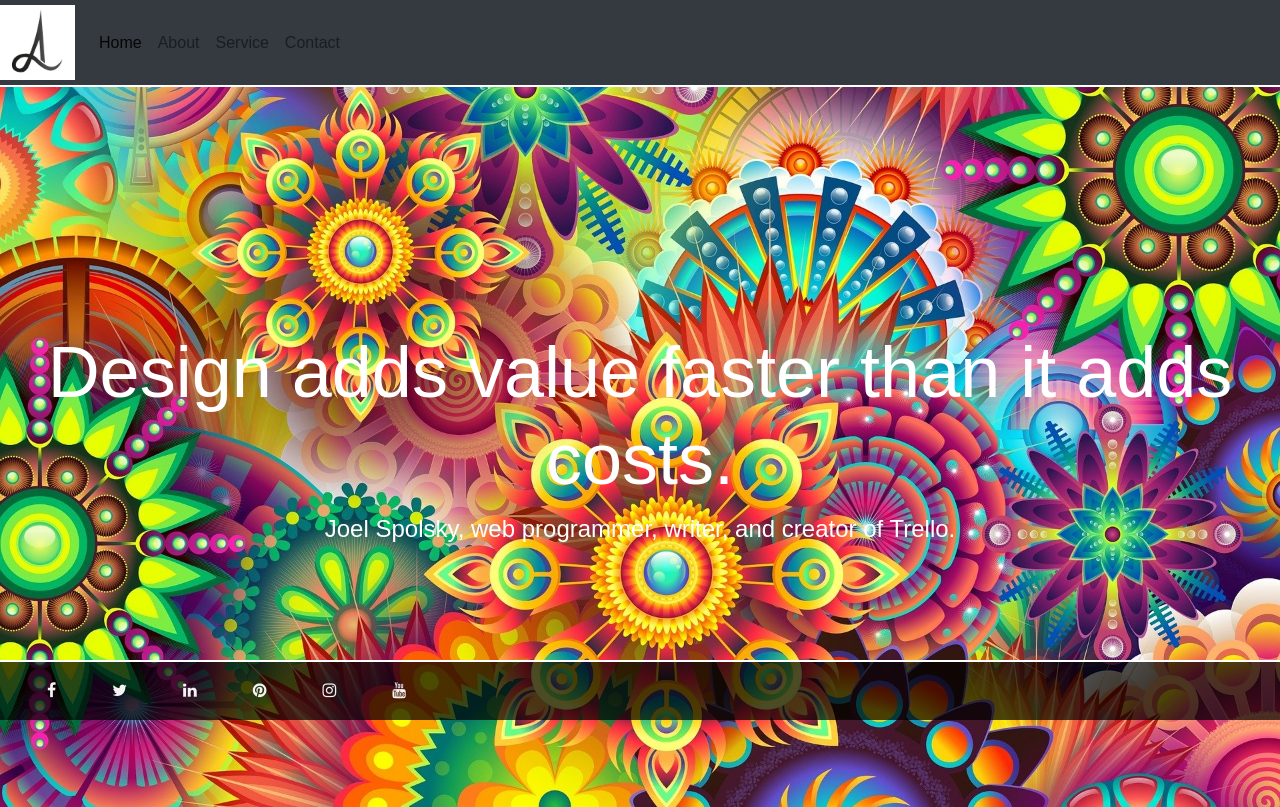
Repository: lemon-squeezy/milestone-project-1
Page: index.html
The author's editor kept a record of every edit. The page is drawn from the files as they stood at one moment, then again after the next edit.
The browser window is 1280 px wide. The pictures show the whole page.
An inner scrolling area shows only its first screen. Some web libraries are served in a nearby version.

Above is the page before.

After the next edit:
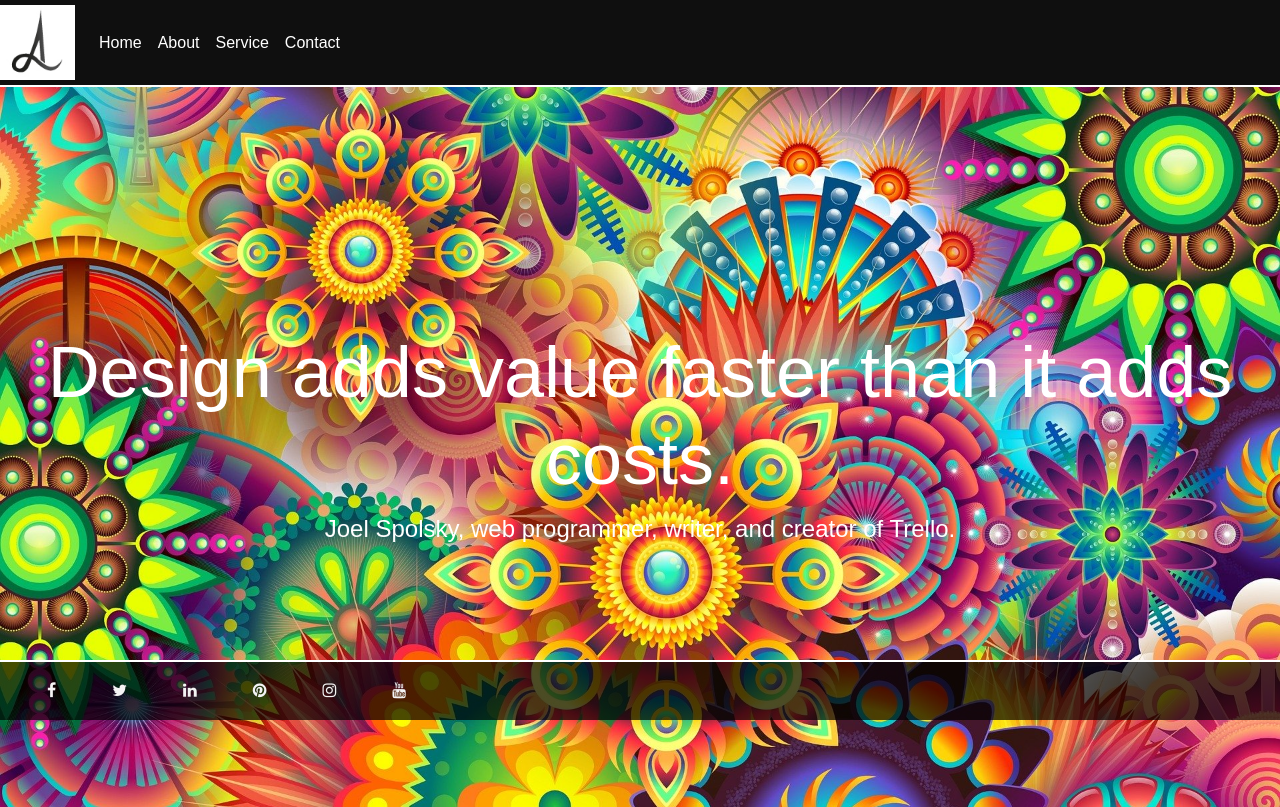
The edit:
--- a/index.html
+++ b/index.html
@@ -13,8 +13,7 @@
 
 <body>
 
-
-    <nav class="navbar navbar-expand-lg navbar-light bg-dark sticky-top">
+    <nav class="navbar navbar-expand-lg sticky-top">
         <button class="navbar-toggler" type="button" data-toggle="collapse" data-target="#navbarTogglerDemo03" aria-controls="navbarTogglerDemo03" aria-expanded="false" aria-label="Toggle navigation">
     <span class="navbar-toggler-icon"></span>
   </button>
